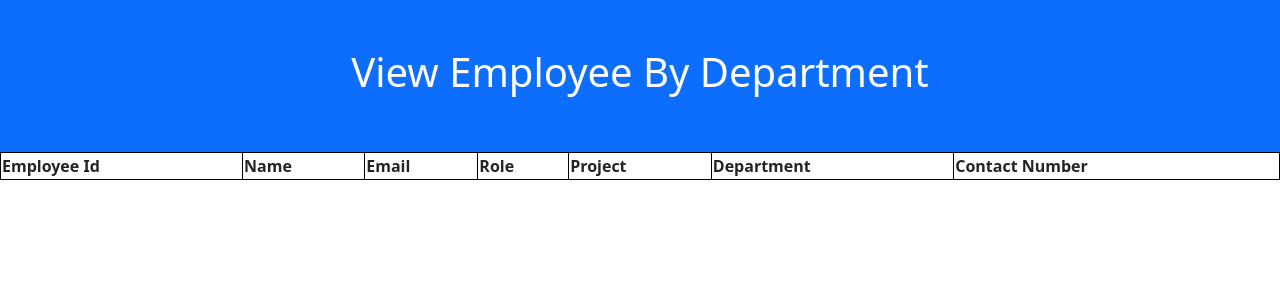
Repository: Rishicollinz/Java_Fullstack
Page: http://localhost/jspproject/view/bydept.jsp
An editor plug-in stored every save of this project. The page is shown before and after the next save, followed by the edit.
The browser window is 1280 px wide. The pictures show the whole page.
The page is served by Tomcat 9. Queries for data that is not in the repository find no rows.

Above is the page before, as saved 2023-05-18 18:13:45.

After the next save:
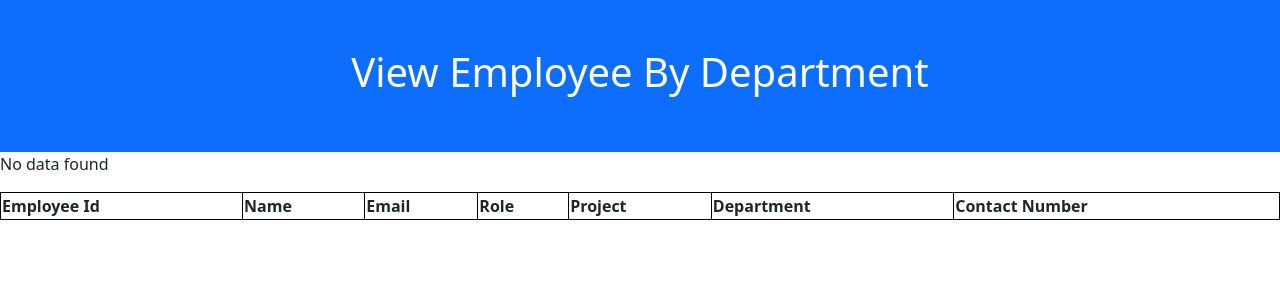
Saved 2 min 33 s later.
--- a/Eclipse 2/jspproject/src/main/webapp/view/bydept.jsp
+++ b/Eclipse 2/jspproject/src/main/webapp/view/bydept.jsp
@@ -46,7 +46,9 @@
 PreparedStatement prt=con.prepareStatement(qry);
 prt.setString(1,dept);
 ResultSet rs=prt.executeQuery();
+boolean chk=false;
 while(rs.next()){
+	chk=true;
 	%>
 
    <tr>
@@ -61,6 +63,11 @@
 	</tr>
 <%
 }
+if(chk==false){
+	%>
+	<p>No data found</p>
+	<%
+}
 %>
 </body>
 </html>
